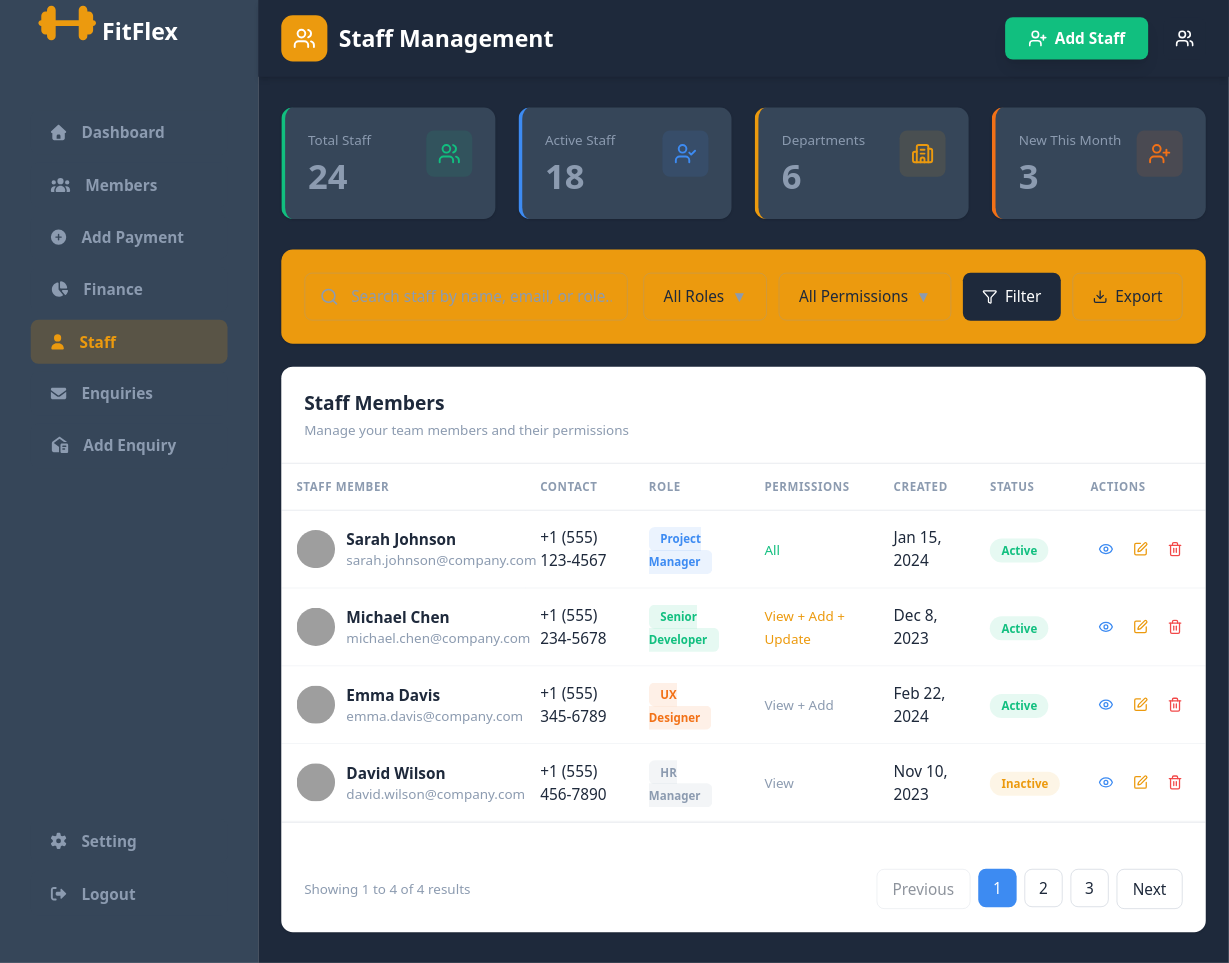
Repository: MuhammadTalhaTaj/gym_management_app_backend
Page: /staff (app in frontend/)
An editor plug-in stored every save of this project. The page is shown before and after the next save, followed by the edit.
The browser window is 1280 px wide. The pictures show the whole page, at 96% of full size.
Pictures or frames that could not be fetched are drawn as grey boxes. The project was rebuilt for these pictures with package versions that can differ from the ones it lists, and the page was loaded fresh each time. Also part of the build but not shown: frontend/vite.config.ts, frontend/src/assets/styles/AdminHeader.css, frontend/src/Components/AdminHeader.tsx, frontend/src/assets/styles/AdminDashboard.css, frontend/src/hooks/useDashboardData.ts, frontend/src/assets/styles/AdminDashboardStats.css, frontend/src/Components/AdminDashboardStats.tsx, frontend/src/Components/IncomeExpenseChart.tsx and 30 more.

Above is the page before, as saved 2025-11-21 09:58:59.

After the next save:
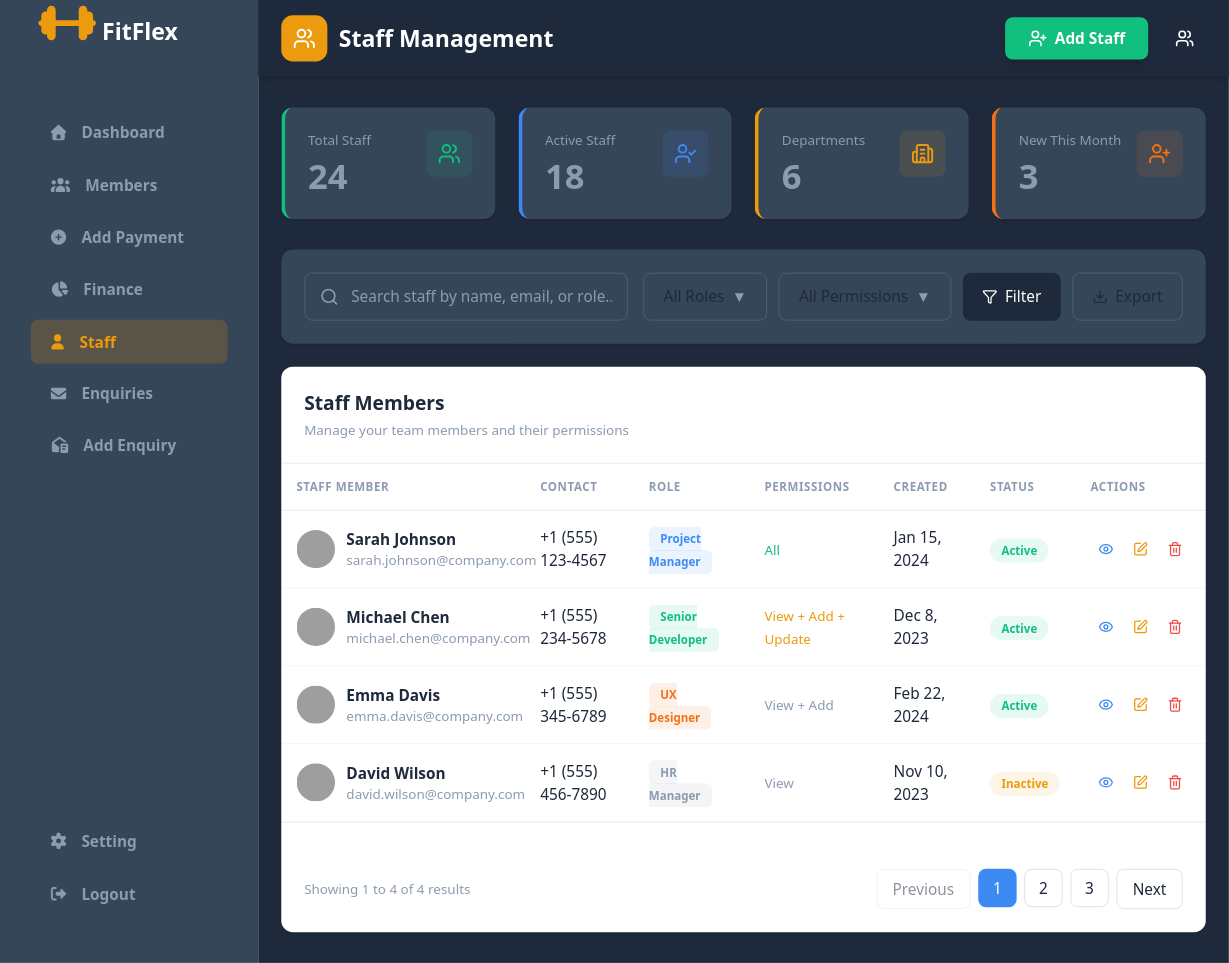
Saved 5 s later.
--- a/frontend/src/pages/Admin/Staff.tsx
+++ b/frontend/src/pages/Admin/Staff.tsx
@@ -294,7 +294,7 @@ const Staff = () => {
         </div>
 
         {/* Filters Section */}
-        <div className="bg-[var(--secondary-100)] rounded-xl shadow-sm p-6 mb-6">
+        <div className="bg-[var(--primary-100)] rounded-xl shadow-sm p-6 mb-6">
           <div className="flex flex-col lg:flex-row gap-4 items-start lg:items-center">
             <SearchBar value={searchTerm} onChange={setSearchTerm} />
             <div className="flex flex-wrap gap-3">
